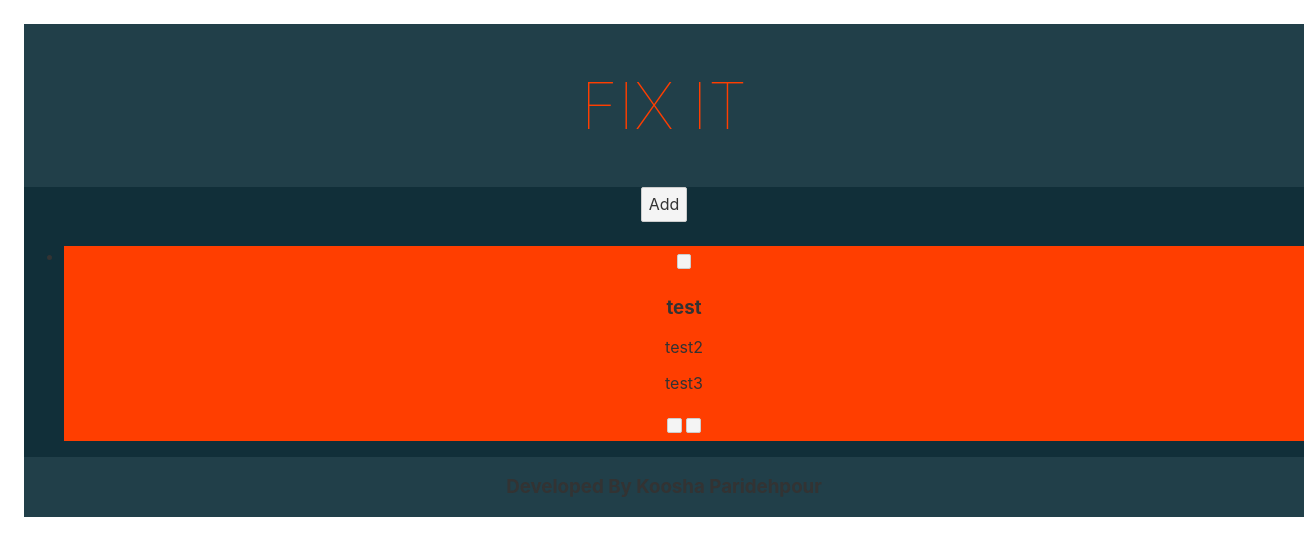
Repository: KooshaPari/fixit-go
Page: / (app in frontend/)
An editor plug-in stored every save of this project. The page is shown before and after a run of saves, followed by the edit.
The browser window is 1280 px wide. The page is 1304 px wide, so the pictures cover 1304 px, including what lies to the right of the window. The pictures show the whole page.
The project was rebuilt for these pictures with package versions that can differ from the ones it lists, and the page was loaded fresh each time.

Above is the page before, as saved 2024-09-23 20:44:14.

After the next 2 saves:
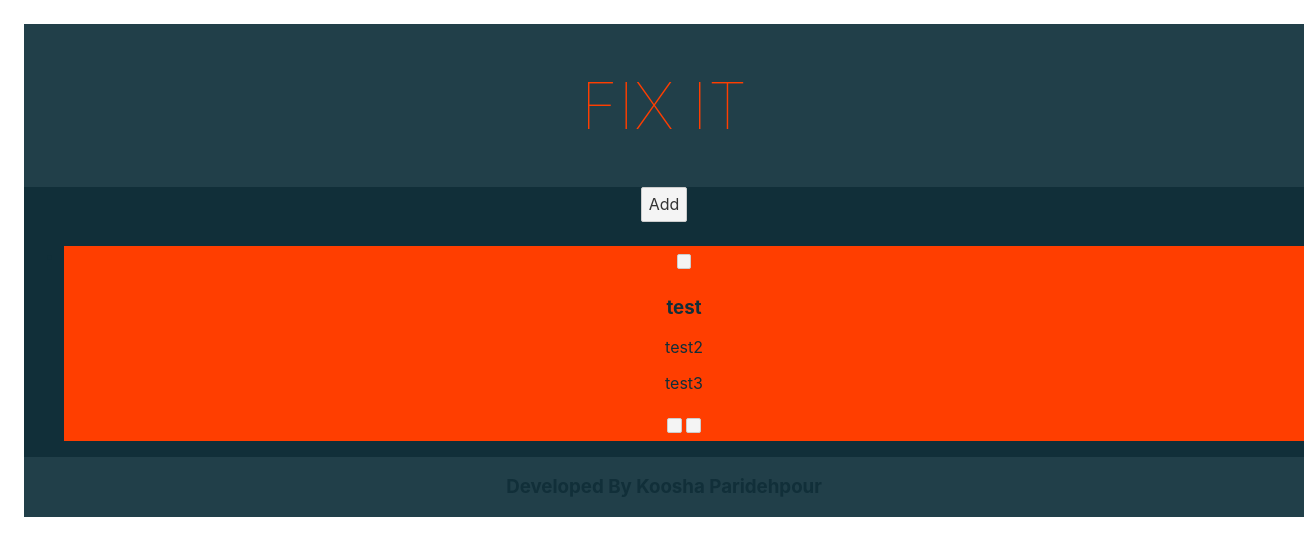
The 2 saves are shown as one change because they came seconds apart.
The last was saved 9 s later.
--- a/frontend/public/global.css
+++ b/frontend/public/global.css
@@ -1,19 +1,21 @@
-html, body {
+html,
+body {
 	position: relative;
 	width: 100%;
 	height: 100%;
 }
 
 body {
-	color: #333;
+	color: #112f39;
 	margin: 0;
 	padding: 8px;
 	box-sizing: border-box;
-	font-family: -apple-system, BlinkMacSystemFont, "Segoe UI", Roboto, Oxygen-Sans, Ubuntu, Cantarell, "Helvetica Neue", sans-serif;
+	font-family: -apple-system, BlinkMacSystemFont, "Segoe UI", Roboto,
+		Oxygen-Sans, Ubuntu, Cantarell, "Helvetica Neue", sans-serif;
 }
 
 a {
-	color: rgb(0,100,200);
+	color: rgb(0, 100, 200);
 	text-decoration: none;
 }
 
@@ -22,14 +24,17 @@
 }
 
 a:visited {
-	color: rgb(0,80,160);
+	color: rgb(0, 80, 160);
 }
 
 label {
 	display: block;
 }
 
-input, button, select, textarea {
+input,
+button,
+select,
+textarea {
 	font-family: inherit;
 	font-size: inherit;
 	-webkit-padding: 0.4em 0;
